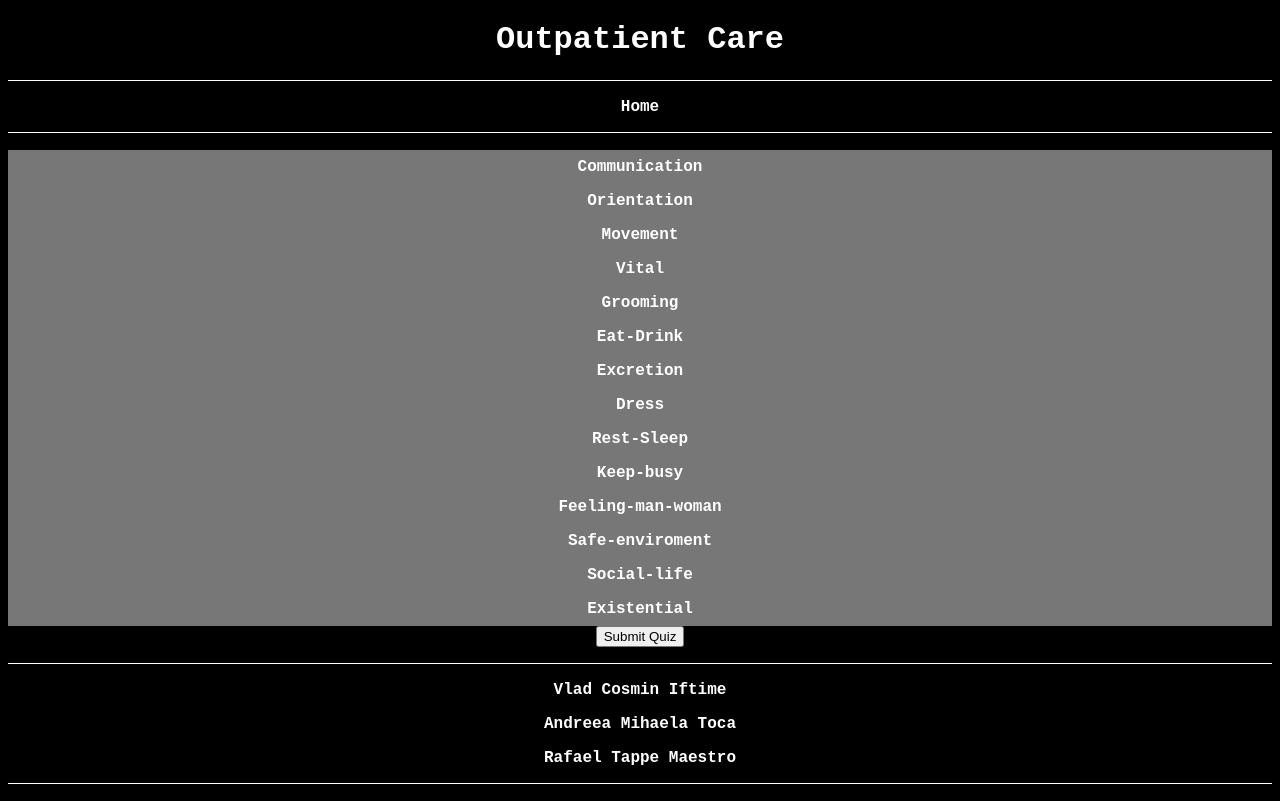
Repository: VladIftime/KnowledgeTechnology2019
Page: src/front/index.html
An editor plug-in stored every save of this project. The page is shown before and after a run of saves, followed by the edit.
The browser window is 1280 px wide. The pictures show the whole page.

Above is the page before, as saved 2020-01-11 20:35:26.

### src/front/index.html
<!DOCTYPE html>
<html lang="en">
    <head>
        <meta charset="UTF-8">
        <meta name="description" content="This is a knowledge base and inference system. It classifies a patient's need for outpatient care.">
        <meta name="keywords" content="Outpatient, Care, knowledge, base, technology, inference">
        <meta name="viewport" content=" classth=device- classth, initial-scale=1.0">
        <title>Outpatient Care</title>

        <link rel="stylesheet" href="style.css">
        <link rel="icon" type="image/png" href="favicon.png">
    </head>

    <body>
        <header>
            <h1>
                <span class=brokenLine>Outpatient<br>Care</span>
                <span class=oneLine>Outpatient Care</span>
            </h1>
        </header>
        <nav>
            <hr>
            <p class='font'><a href="http://localhost:8000/">Home</a></p>
            <hr>
        </nav>
        <article>
            <section id=HealthAreas></section>
        </article>
            <div id = warning style="display: none;">Please answers all the questions first</div>
            <button id= submit class button-submit button1-submit>Submit Quiz</button>
            <div id = Result></div>
        <footer>
            <hr>
            <p><a href="https://github.com/VladIftime/">Vlad Cosmin Iftime</a></p>
            <p><a href="https://github.com/AndreeaToca/">Andreea Mihaela Toca</a></p>
            <p><a href="https://github.com/Wehzie/">Rafael Tappe Maestro</a></p>
            <hr>
        </footer>
        <script src="questions.js"></script>
        <script src="inference.js"></script>
        <script src="collapsible.js"></script>
    </body>
</html>

### src/front/style.css
html {
    font-family: "Courier New", Courier, monospace;
    color: white;
    background-color:  black;
}

.brokenLine {font-size: 100%;}
.oneLine {display: none;}

@media screen and (min-width: 5cm) {
    .brokenLine {display: none;}
    .oneLine {font-size: 100%; display: block}
}

body {
    font-size: 100%;
    text-align: center;
}

nav {
    font-weight: bold;
}

footer {
    font-weight: bold;
}

a:visited {
    color: white;
    background-color: transparent;
    text-decoration: none;
}

a:link {
    color: white;
    background-color: transparent;
    text-decoration: none;
}

a:hover {
    color: rgb(139, 208, 251);
    background-color: transparent;
    text-decoration: none;
}

a:active {
    color: white;
    background-color: transparent;
    text-decoration: none;
}

hr {
    display: block;
    height: 1px;
    border: 0;
    border-top: 1px solid white;
    margin: 1em 0;
    padding: 0;
}

.collapse {
    font-family: "Courier New", Courier, monospace;
    font-size: 100%;
    font-weight: bold;

    background-color: #777;
    color: white;
    cursor: pointer;
    padding: 0.5em;
    width: 100%;
    border: none;
    text-align: center;
    outline: none;
}

.collapse-active, .collapse:hover {
    background-color: #555;
}

.collapse-content {
    padding: 0 18px;
    display: none;
    overflow: hidden;
    background-color: darkcyan;
}

.q-grid {
    display: grid;
    grid-template-columns: 25vw auto;
}

.q-grid > p {
    text-align: left;
    grid-column: 2;
}

.ans-grid {
    display: grid;
    grid-template-columns: 40vw auto;
}

.ans-box {
    display: block;
    text-align: left;
    grid-column: 2;
}

.font {
    font-size: 100%;
}

.button-submit{
    background-color: #4CAF50; /* Green */
    border: none;
    color: white;
    padding: 16px 32px;
    text-align: center;
    text-decoration: none;
    display: inline-block;
    font-size: 16px;
    margin: 4px 2px;
    -webkit-transition-duration: 0.4s; /* Safari */
    transition-duration: 0.4s;
    cursor: pointer;
  }

  .button1-submit {
    background-color: white;
    color: black;
    border: 2px solid #4CAF50;
  }

  .button1-submit:hover {
    background-color: #4CAF50;
    color: white;
  }

### src/front/questions.js
// Question class and objects
let areas = ['Communication','Orientation','Movement','Vital','Grooming',
             'Eat-Drink','Excretion','Dress','Rest-Sleep','Keep-busy',
             'Feeling-man-woman','Safe-enviroment','Social-life','Existential'];


function createSections() {
    let sec = document.getElementById('HealthAreas');
    for (let index = 0; index < areas.length; index++) {
        const element = areas[index];
        let title = element;
        //title[0].toUpperCase();
        sec.innerHTML+='<section id ='+ element + '> <button type="button" class="collapse">'+title+'</button> <div class="collapse-content"> </div> </section>'
    }
}

createSections();

class Question {
    constructor(question, hint, choices, points, classOfQuestion, name) {
        this.question = question;
        this.hint = hint;
        this.choices = choices;
        this.classOfQuestion = classOfQuestion;
        this.name = name;
    }

    showQuestion() {
        let sec = document.getElementById(this.classOfQuestion).getElementsByClassName('collapse-content')[0];
        sec.innerHTML+= '<div class='+this.classOfQuestion+' id='+this.name+'><div class = q-grid><p class=font>' + this.question + '</p></div></div>';
    }

    showChoices() {
        return null;
    }

    display() {
        this.showQuestion();
        this.showChoices();
    }
}

class MultipleChoice extends Question{
    constructor(question, hint, choices, classOfQuestion, name) {
        super(question, hint, choices, '', classOfQuestion, name);
    }

    showChoices() {
        let htmlString = '<div class = ans-grid> <div class = ans-box>';
        for (let index = 0; index < this.choices.length; index++) {
            htmlString += ('<input type=\'radio\' name=' + this.name + ' value= \''  + index + '\'>' + '<label class=font>' + this.choices[index] + '</label><br>');
        }
        document.getElementById(this.name).innerHTML += htmlString + '</div> </div>';
    }
}

class MultipleChoiceImpair extends MultipleChoice{
    constructor(question, hint, classOfQuestion, name) {
        super(question, hint, ['Unimpaired', 'Partially impaired', 'Impaired'], classOfQuestion, name);
    }
}

class TickBox extends Question{
    constructor(question, hint, choices, classOfQuestion, name) {
        super(question, hint, choices, '', classOfQuestion, name);
    }

    showChoices() {
        let htmlString = '<div class = ans-grid> <div class = ans-box>';
        for (let index = 0; index < this.choices.length; index++) {
            htmlString += ('<input type=\'checkbox\' name=\'option\' value= \'1\'>' + this.choices[index] + '<br>');
        }
        document.getElementById(this.name).innerHTML += htmlString + '</div> </div>';
    }
}
//Communication
const question1 = new MultipleChoiceImpair('Hearing:','','Communication','question1');
const question2 = new MultipleChoiceImpair('Sight','','Communication','question2');
const question3 = new MultipleChoiceImpair('Speech:','','Communication','question3');
const question4 = new MultipleChoiceImpair('Ability to express feelings and desires:','','Communication','question4');
//Orientation
const question5 = new MultipleChoiceImpair('Temporal orientation:','','Orientation','question5');
const question6 = new MultipleChoiceImpair('Local orientation:','','Orientation','question6');
const question7 = new MultipleChoiceImpair('Personal orientation:','','Orientation','question7');
const question8 = new MultipleChoiceImpair('Situational orientation:','','Orientation','question8');
//Movement
const question9 = new MultipleChoiceImpair('Ability to walk alone:','','Movement','question9');
const question10 = new MultipleChoiceImpair('Ability to stand alone:','','Movement','question10');
const question11 = new MultipleChoiceImpair('Ability to sit alone:','','Movement','question11');
const question12 = new MultipleChoiceImpair('Ability to lay down alone:','','Movement','question12');
const question13 = new MultipleChoiceImpair('Ability to visit infrastracture:','','Movement','question13');
//Vital functions


question1.display();
question2.display();
question3.display();
question4.display();
question5.display();
question6.display();
question7.display();
question8.display();
question9.display();
question10.display();
question11.display();
question12.display();
question13.display();

Loaded but not shown: src/front/collapsible.js (no copy from this time; the picture is the same without it); src/front/inference.js (no copy from this time; the picture is the same without it)

After the next 5 saves:
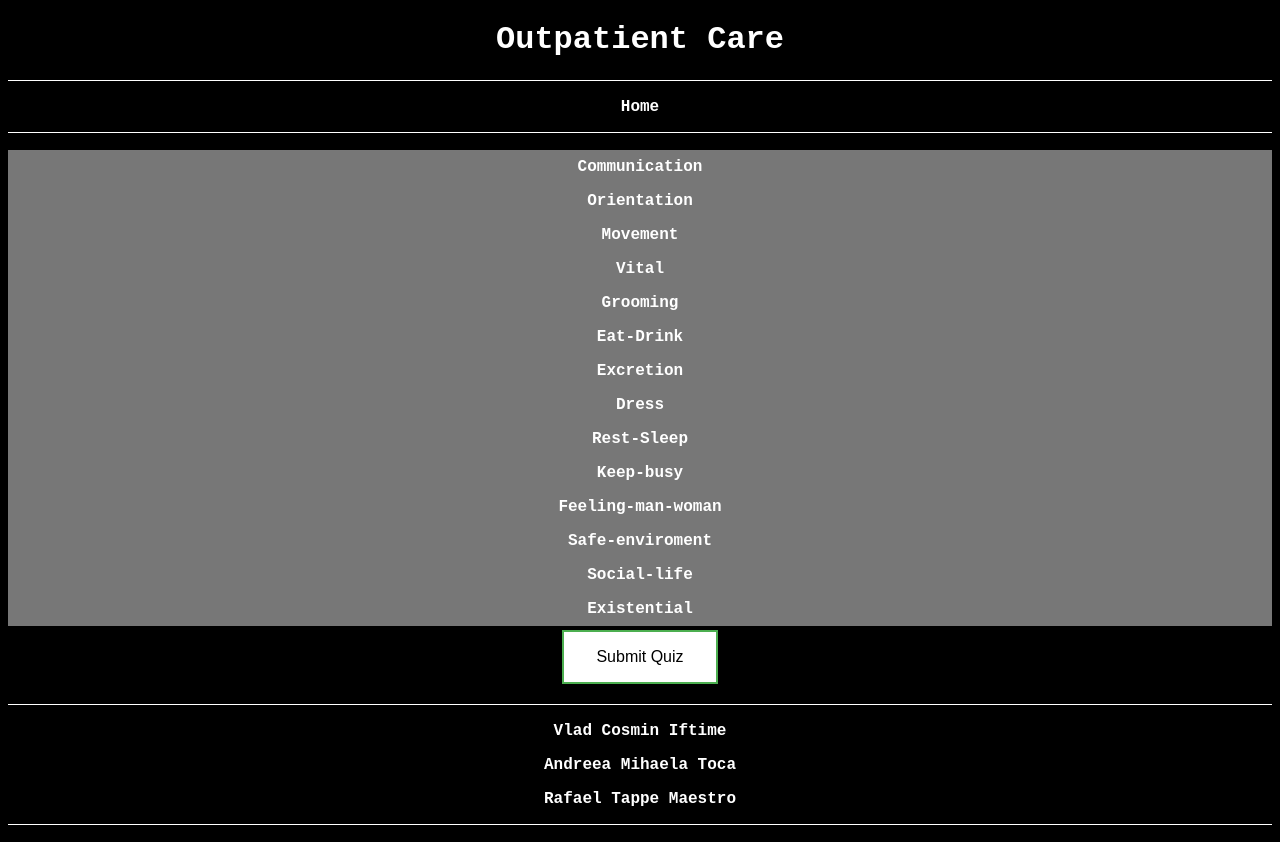
The 5 saves are shown as one change because they came seconds apart.
The last was saved 29 s later.
--- a/src/front/index.html
+++ b/src/front/index.html
@@ -27,7 +27,7 @@
             <section id=HealthAreas></section>
         </article>
             <div id = warning style="display: none;">Please answers all the questions first</div>
-            <button id= submit class button-submit button1-submit>Submit Quiz</button>
+            <button id= submit class='button-submit button1-submit'>Submit Quiz</button>
             <div id = Result></div>
         <footer>
             <hr>
